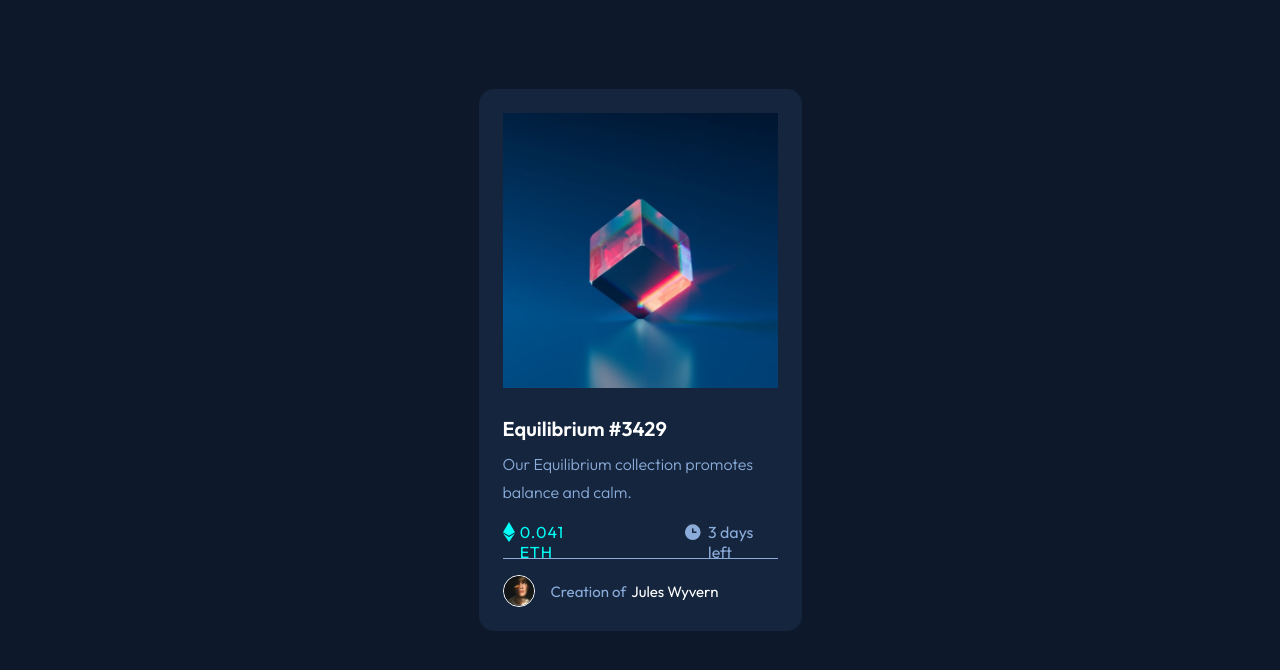
Repository: VAL1DOL-web/fm-NFT-preview-card-component
Page: index.html
An editor plug-in stored every save of this project. The page is shown before and after the next save, followed by the edit.
The browser window is 1280 px wide. The pictures show the whole page.

Above is the page before, as saved 2024-01-07 15:57:20.

### index.html
<!DOCTYPE html>
<html lang="en">
<head>
  <meta charset="UTF-8">
  <meta name="viewport" content="width=device-width, initial-scale=1.0"> <!-- displays site properly based on user's device -->

  <link rel="icon" type="image/png" sizes="32x32" href="./images/favicon-32x32.png">
  <link rel="stylesheet" href="style.css">

  <title>NFT preview card component</title>

</head>
<body>
  <div class="card">
    <div class="image">
      <img src="images/image-equilibrium.jpg" alt="" class="mainImg" >
    </div>
    <h3>Equilibrium #3429</h3>
    <div class="description">
      Our Equilibrium collection promotes balance and calm.
    </div>
    <div class="price-days">
      <div class="price">
        <img src="images/icon-ethereum.svg" alt="">0.041 ETH
      </div>
      <div class="days"><img src="images/icon-clock.svg" alt="">3 days left</div>
    </div>
    <div class="creator">
      <img src="images/image-avatar.png" alt="" class="avatar">Creation of <span>Jules Wyvern</span>
    </div>
  </div>
</body>
</html>

### style.css
@import url('https://fonts.googleapis.com/css2?family=Outfit:wght@300;400;600&display=swap');

* {
    margin: 0;
    padding: 0;
  }
body {
    background: hsl(217, 54%, 11%);
    width: 100%;
    height: 100vh;
    color:white;
    display: flex;
    justify-content: center;
    align-items: center;
    font-family: 'Outfit', sans-serif;
  }
.card {
    background-color:hsl(216, 50%, 16%);
    border-radius:15px;
    width: 275px;
    padding: 1.5rem;
}
.image {
    position: relative;
}
.image div {
    position: absolute;
    background-color: hsl(178, 100%, 50%);
}
.mainImg {
    width: 100%;
    height: 100%;
}
h3 {
    margin-top: 1.5rem;
    font-size:20px ;
    font-weight: 600;
}
.description {
    margin: 0.6rem 0 1rem 0;
    color:hsl(215, 51%, 70%);
    line-height: 28px;
    font-weight: 300;
}
.price-days {
    display: flex;
    justify-content: space-between;
    border-bottom: 1px solid hsl(215, 51%, 70%);
    padding-bottom:  1rem;
    margin-bottom: 1rem;
}
.price {
    display: flex;|
    align-items: center;
    color:hsl(178, 100%, 50%);
    font-style: 14px;
    letter-spacing: 1px;
}
.price img {
    margin-right: 5px;
}
.days {
    display: flex;|
    align-items: center;
    color:hsl(215, 51%, 70%);
    font-size: 16px;
}
.days img {
    margin-right: 5px;
}
.creator {
    display: flex;
    align-items: center;
    font-size: 15px;
    color:hsl(215, 51%, 70%)
}
.avatar {
    border:  1px solid white;
    border-radius: 50px;
    margin-right: 1rem;
    width: 30px;
}
span {
    color: white;
    margin-left: 5px;
}
.mainImg, h3 ,span {
    cursor: pointer;
}
h3:hover, span:hover {
    color: hsl(178, 100%, 50%);
}

After the next save:
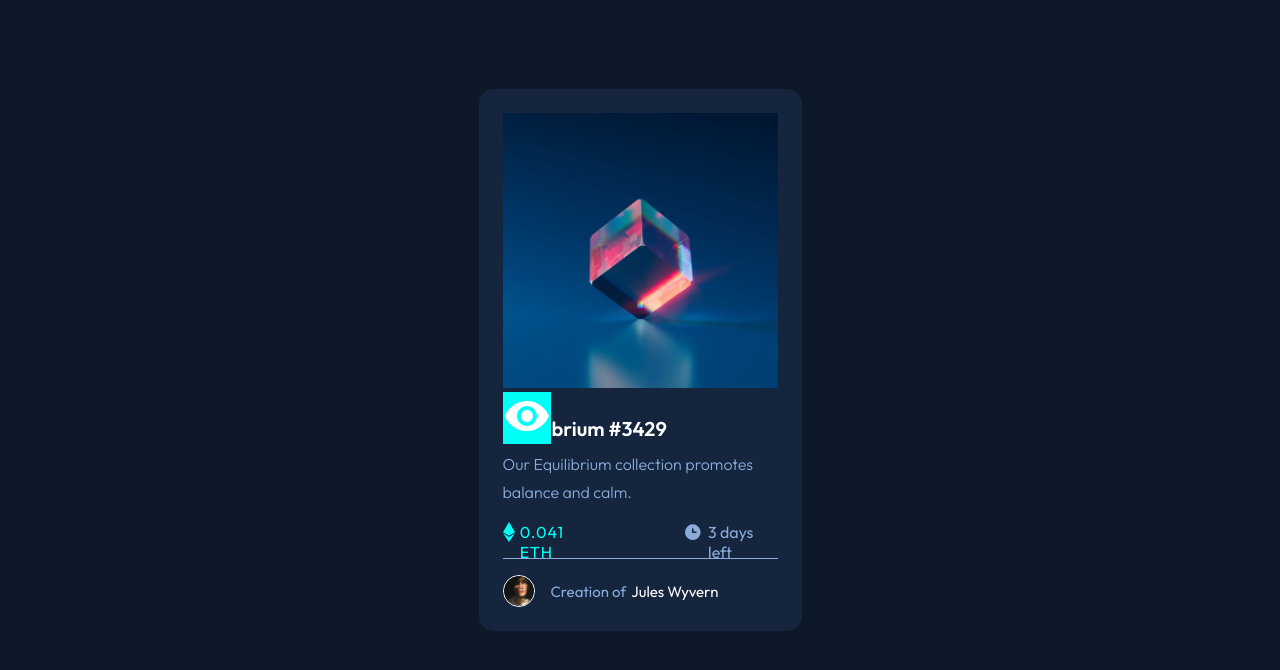
Saved 31 s later.
--- a/index.html
+++ b/index.html
@@ -14,6 +14,9 @@
   <div class="card">
     <div class="image">
       <img src="images/image-equilibrium.jpg" alt="" class="mainImg" >
+      <div>
+        <img src="images/icon-view.svg" alt="">
+      </div>
     </div>
     <h3>Equilibrium #3429</h3>
     <div class="description">
